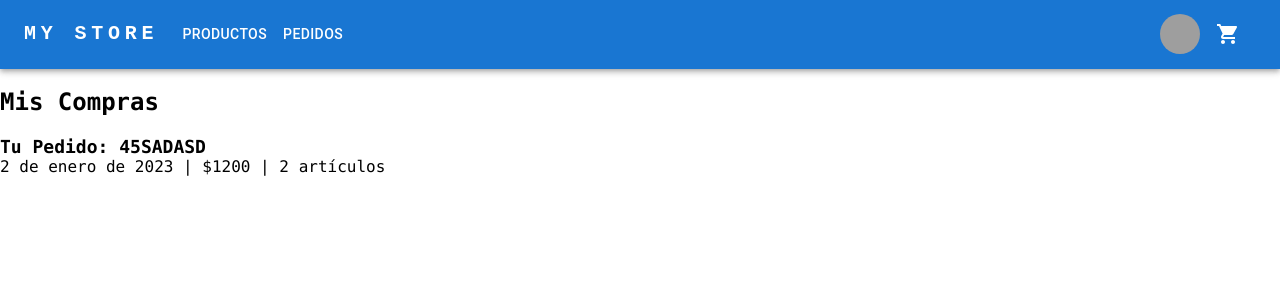
Repository: DanielBorussia/front-my-store
Page: /OrderList
These files come from the project's save history. The page is drawn as it stood at one moment and after the next save; the edit follows.
The browser window is 1280 px wide. The pictures show the whole page.
Pictures or frames that could not be fetched are drawn as grey boxes. The project was rebuilt for these pictures with package versions that can differ from the ones it lists, and the page was loaded fresh each time. Also part of the build but not shown: src/components/OrderItem.js, src/containers/MyOrderPreview.js, src/components/ProductItem.js, src/hooks/useGetProducts.js, src/shared/Loading.js, src/containers/ProductList.js, src/pages/Home.js.

Above is the page before, as saved 2023-07-01 16:33:59.

After the next save:
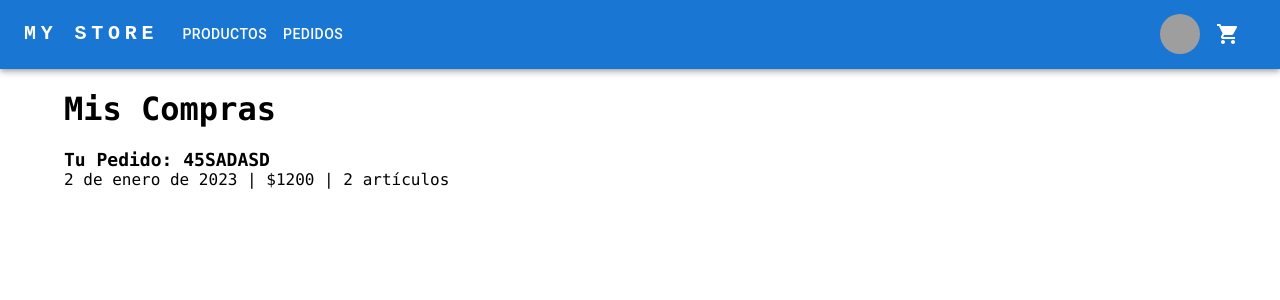
Saved 2 min 2 s later.
--- a/src/containers/ShoppingList.js
+++ b/src/containers/ShoppingList.js
@@ -1,7 +1,7 @@
 import { useState } from "react";
 // UI
 import ShoppingItem from "../components/ShoppingItem";
-import { Box } from "@mui/material";
+import { Box, Container } from "@mui/material";
 
 const ShoppingList = () => {
     const [orders, setOrders] = useState([
@@ -25,7 +25,7 @@ const ShoppingList = () => {
     ]);
 
     return (
-        <section className="main__container">
+        <Container>
             <h1>Mis Compras</h1>
             <Box className="soppingList">
                 {orders.map(order => (
@@ -33,7 +33,7 @@ const ShoppingList = () => {
                 ))}
             </Box>
 
-    </section>
+        </Container>
     );
 }
 
